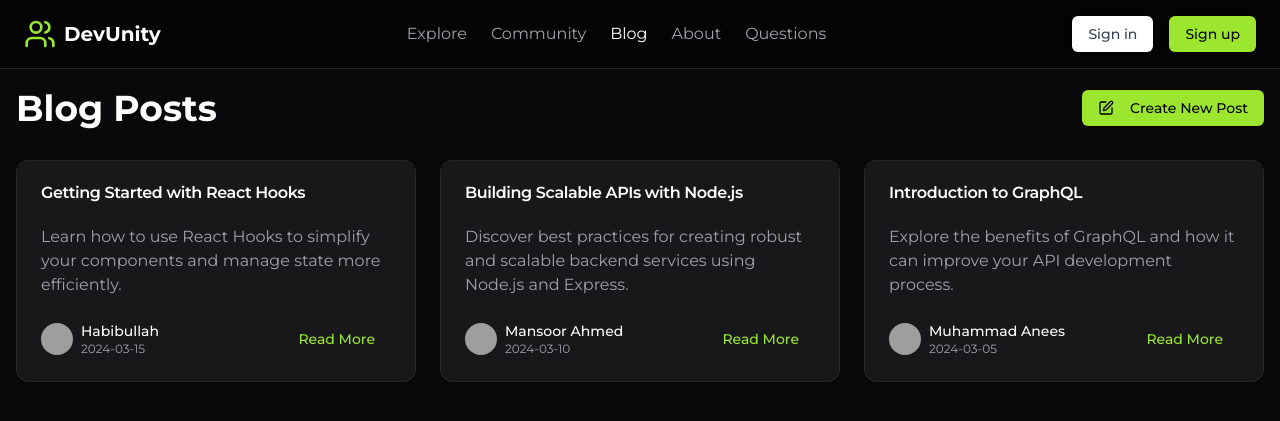
Repository: asadullah48/asadullahshafique_devunity
Page: /blogs
An editor plug-in stored every save of this project. The page is shown before and after a run of saves, followed by the edit.
The browser window is 1280 px wide. The pictures show the whole page.
Pictures or frames that could not be fetched are drawn as grey boxes. The project was rebuilt for these pictures with package versions that can differ from the ones it lists, and the page was loaded fresh each time. The framework's server and built-in components were replaced by stand-ins that run in the browser. Also part of the build but not shown: next.config.js, next.config.ts.

Above is the page before, as saved 2024-11-10 10:27:27.

### src/app/layout.tsx
import type { Metadata } from "next";
import "./globals.css";
import { Montserrat } from "next/font/google";
import Navbar from "@/components/Navbar";

const montserrat = Montserrat({ subsets: ["latin"] });

export const metadata: Metadata = {
  title: "DevUnity",
  description:
    "A collaborative platform for developers to share knowledge, answer questions, and publish blogs",
};

export default function RootLayout({
  children,
}: Readonly<{
  children: React.ReactNode;
}>) {
  return (
    <html lang="en">
      <body className={montserrat.className}>
        <Navbar />
        {children}
      </body>
    </html>
  );
}

### src/app/blogs/page.tsx
import Link from "next/link";
import { Button } from "@/components/ui/button";
import {
  Card,
  CardContent,
  CardFooter,
  CardHeader,
  CardTitle,
} from "@/components/ui/card";
import { Avatar, AvatarFallback, AvatarImage } from "@/components/ui/avatar";
import { PenSquare } from "lucide-react";

export default function BlogPage() {
  const blogPosts = [
    {
      title: "Getting Started with React Hooks",
      excerpt:
        "Learn how to use React Hooks to simplify your components and manage state more efficiently.",
      author: "Habibullah",
      date: "2024-03-15",
      avatar: "/placeholder.svg?height=50&width=50",
    },
    {
      title: "Building Scalable APIs with Node.js",
      excerpt:
        "Discover best practices for creating robust and scalable backend services using Node.js and Express.",
      author: "Mansoor Ahmed",
      date: "2024-03-10",
      avatar: "/placeholder.svg?height=50&width=50",
    },
    {
      title: "Introduction to GraphQL",
      excerpt:
        "Explore the benefits of GraphQL and how it can improve your API development process.",
      author: "Muhammad Anees ",
      date: "2024-03-05",
      avatar: "/placeholder.svg?height=50&width=50",
    },
  ];

  return (
    <div className="min-h-screen bg-zinc-950">
      <div className="container mx-auto px-4 py-8">
        <div className="flex justify-between items-center mb-8 mt-12 md:mt-14">
          <h1 className="text-2xl md:text-4xl font-bold text-white">
            Blog Posts
          </h1>
          <Button className="bg-[#9CE630] text-black hover:bg-[#8BD520]">
            <PenSquare className="mr-2 h-4 w-4" />
            Create New Post
          </Button>
        </div>
        <div className="grid gap-6 md:grid-cols-2 lg:grid-cols-3">
          {blogPosts.map((post, index) => (
            <Card key={index} className="bg-zinc-900 border-zinc-800">
              <CardHeader>
                <CardTitle className="text-white">{post.title}</CardTitle>
              </CardHeader>
              <CardContent>
                <p className="text-zinc-400">{post.excerpt}</p>
              </CardContent>
              <CardFooter className="flex justify-between items-center">
                <div className="flex items-center space-x-2">
                  <Avatar className="h-8 w-8">
                    <AvatarImage src={post.avatar} alt={post.author} />
                    <AvatarFallback>
                      {post.author
                        .split(" ")
                        .map((n) => n[0])
                        .join("")}
                    </AvatarFallback>
                  </Avatar>
                  <div>
                    <p className="text-sm font-medium text-white">
                      {post.author}
                    </p>
                    <p className="text-xs text-zinc-400">{post.date}</p>
                  </div>
                </div>
                <Button
                  variant="ghost"
                  className="text-[#9CE630] hover:text-[#8BD520] hover:bg-zinc-800"
                >
                  Read More
                </Button>
              </CardFooter>
            </Card>
          ))}
        </div>
      </div>
    </div>
  );
}

### src/app/globals.css
@tailwind base;
@tailwind components;
@tailwind utilities;
@layer base {
  :root {
    --background: 0 0% 100%;
    --foreground: 0 0% 3.9%;
    --card: 0 0% 100%;
    --card-foreground: 0 0% 3.9%;
    --popover: 0 0% 100%;
    --popover-foreground: 0 0% 3.9%;
    --primary: 0 0% 9%;
    --primary-foreground: 0 0% 98%;
    --secondary: 0 0% 96.1%;
    --secondary-foreground: 0 0% 9%;
    --muted: 0 0% 96.1%;
    --muted-foreground: 0 0% 45.1%;
    --accent: 0 0% 96.1%;
    --accent-foreground: 0 0% 9%;
    --destructive: 0 84.2% 60.2%;
    --destructive-foreground: 0 0% 98%;
    --border: 0 0% 89.8%;
    --input: 0 0% 89.8%;
    --ring: 0 0% 3.9%;
    --chart-1: 12 76% 61%;
    --chart-2: 173 58% 39%;
    --chart-3: 197 37% 24%;
    --chart-4: 43 74% 66%;
    --chart-5: 27 87% 67%;
    --radius: 0.5rem;
  }
  .dark {
    --background: 0 0% 3.9%;
    --foreground: 0 0% 98%;
    --card: 0 0% 3.9%;
    --card-foreground: 0 0% 98%;
    --popover: 0 0% 3.9%;
    --popover-foreground: 0 0% 98%;
    --primary: 0 0% 98%;
    --primary-foreground: 0 0% 9%;
    --secondary: 0 0% 14.9%;
    --secondary-foreground: 0 0% 98%;
    --muted: 0 0% 14.9%;
    --muted-foreground: 0 0% 63.9%;
    --accent: 0 0% 14.9%;
    --accent-foreground: 0 0% 98%;
    --destructive: 0 62.8% 30.6%;
    --destructive-foreground: 0 0% 98%;
    --border: 0 0% 14.9%;
    --input: 0 0% 14.9%;
    --ring: 0 0% 83.1%;
    --chart-1: 220 70% 50%;
    --chart-2: 160 60% 45%;
    --chart-3: 30 80% 55%;
    --chart-4: 280 65% 60%;
    --chart-5: 340 75% 55%;
  }
}
@layer base {
  * {
    @apply border-border;
  }
  body {
    @apply bg-background text-foreground;
  }
}

@keyframes fade-in-up {
  from {
    opacity: 0;
    transform: translateY(20px);
  }
  to {
    opacity: 1;
    transform: translateY(0);
  }
}

.animate-fade-in-up {
  animation: fade-in-up 1s ease-out;
}

.animation-delay-1000 {
  animation-delay: 1s;
}

### src/components/Navbar.tsx
// "use client";

// import React, { useState } from "react";
// import Link from "next/link";
// import { Button } from "@/components/ui/button";
// import { Users } from "lucide-react";
// import { CgMenuRight } from "react-icons/cg";
// import {
//   Sheet,
//   SheetContent,
//   SheetTitle,
//   SheetTrigger,
// } from "@/components/ui/sheet";
// import { usePathname } from "next/navigation";

// const Navbar = () => {
//   const [isOpen, setIsOpen] = useState(false);
//   const pathname = usePathname();

//   const closeSheet = () => setIsOpen(false);

//   return (
//     <nav className="border-b z-50 absolute w-full bg-black/50 border-zinc-800">
//       <div className="container mx-auto flex items-center justify-between p-4 lg:px-6">
//         <Link className="flex items-center space-x-2" href="/">
//           <Users className="h-8 w-8 text-[#9CE630]" />
//           <span className="text-xl font-bold text-white">DevUnity</span>
//         </Link>
//         <div className="hidden lg:flex items-center space-x-6">
//           <Link className="text-zinc-400 hover:text-white" href="/explore">
//             Explore
//           </Link>
//           <Link className="text-zinc-400 hover:text-white" href="/community">
//             Community
//           </Link>
//           <Link className="text-zinc-400 hover:text-white" href="/blogs">
//             Blog
//           </Link>
//           <Link className="text-zinc-400 hover:text-white" href="/about">
//             About
//           </Link>
//           <Link className="text-zinc-400 hover:text-white" href="/question">
//             Questions
//           </Link>
//         </div>
//         <div className="flex items-center space-x-4">
//           <Button className="text-gray-700 hover:text-black bg-white hover:bg-white/80 ">
//             Sign in
//           </Button>
//           <Button className="bg-[#9CE630] text-black hover:bg-[#8BD520] hidden lg:block">
//             Sign up
//           </Button>
//           <Sheet open={isOpen} onOpenChange={setIsOpen}>
//             <SheetTrigger asChild className="lg:hidden">
//               <CgMenuRight className="h-6 w-6 text-white" />
//             </SheetTrigger>
//             <SheetContent
//               side="right"
//               className="w-[300px] sm:w-[400px] bg-zinc-900 border-none"
//             >
//               <Link href="/" onClick={closeSheet}>
//                 <SheetTitle className="text-bold text-white flex items-center">
//                   <Users className="mr-2 text-[#9CE630]" />
//                   DevUnity
//                 </SheetTitle>
//               </Link>
//               <nav className="flex flex-col space-y-4 mt-8">
//                 <Link
//                   className="text-zinc-400 hover:text-white"
//                   href="/explore"
//                   onClick={closeSheet}
//                 >
//                   Explore
//                 </Link>
//                 <Link
//                   className="text-zinc-400 hover:text-white"
//                   href="/community"
//                   onClick={closeSheet}
//                 >
//                   Community
//                 </Link>
//                 <Link
//                   className="text-zinc-400 hover:text-white"
//                   href="/blogs"
//                   onClick={closeSheet}
//                 >
//                   Blog
//                 </Link>
//                 <Link
//                   className="text-zinc-400 hover:text-white"
//                   href="/about"
//                   onClick={closeSheet}
//                 >
//                   About
//                 </Link>
//                 <Link
//                   className="text-zinc-400 hover:text-white"
//                   href="/question"
//                   onClick={closeSheet}
//                 >
//                   Questions
//                 </Link>
//                 <Button
//                   className="bg-[#9CE630] text-black hover:bg-[#8BD520] w-full mt-4"
//                   onClick={closeSheet}
//                 >
//                   Sign up
//                 </Button>
//               </nav>
//             </SheetContent>
//           </Sheet>
//         </div>
//       </div>
//     </nav>
//   );
// };

// export default Navbar;

"use client";

import React, { useState } from "react";
import Link from "next/link";
import { Button } from "@/components/ui/button";
import { Users } from "lucide-react";
import { CgMenuRight } from "react-icons/cg";
import {
  Sheet,
  SheetContent,
  SheetTitle,
  SheetTrigger,
} from "@/components/ui/sheet";
import { usePathname } from "next/navigation";

const Navbar = () => {
  const [isOpen, setIsOpen] = useState(false);
  const pathname = usePathname(); // Get the current path

  const closeSheet = () => setIsOpen(false);

  // Function to set active class based on path
  const linkClasses = (path: any) =>
    pathname === path ? "text-white" : "text-zinc-400 hover:text-white";

  return (
    <nav className="border-b z-50 absolute w-full bg-black/50 border-zinc-800">
      <div className="container mx-auto flex items-center justify-between p-4 lg:px-6">
        <Link className="flex items-center space-x-2" href="/">
          <Users className="h-8 w-8 text-[#9CE630]" />
          <span className="text-xl font-bold text-white">DevUnity</span>
        </Link>
        <div className="hidden lg:flex items-center space-x-6">
          <Link className={linkClasses("/explore")} href="/explore">
            Explore
          </Link>
          <Link className={linkClasses("/community")} href="/community">
            Community
          </Link>
          <Link className={linkClasses("/blogs")} href="/blogs">
            Blog
          </Link>
          <Link className={linkClasses("/about")} href="/about">
            About
          </Link>
          <Link className={linkClasses("/question")} href="/question">
            Questions
          </Link>
        </div>
        <div className="flex items-center space-x-4">
          <Button className="text-gray-700 hover:text-black bg-white hover:bg-white/80 ">
            Sign in
          </Button>
          <Button className="bg-[#9CE630] text-black hover:bg-[#8BD520] hidden lg:block">
            Sign up
          </Button>
          <Sheet open={isOpen} onOpenChange={setIsOpen}>
            <SheetTrigger asChild className="lg:hidden">
              <CgMenuRight className="h-6 w-6 text-white" />
            </SheetTrigger>
            <SheetContent
              side="right"
              className="w-[300px] sm:w-[400px] bg-zinc-900 border-none"
            >
              <Link href="/" onClick={closeSheet}>
                <SheetTitle className="text-bold text-white flex items-center">
                  <Users className="mr-2 text-[#9CE630]" />
                  DevUnity
                </SheetTitle>
              </Link>
              <nav className="flex flex-col space-y-4 mt-8">
                <Link
                  className={linkClasses("/explore")}
                  href="/explore"
                  onClick={closeSheet}
                >
                  Explore
                </Link>
                <Link
                  className={linkClasses("/community")}
                  href="/community"
                  onClick={closeSheet}
                >
                  Community
                </Link>
                <Link
                  className={linkClasses("/blogs")}
                  href="/blogs"
                  onClick={closeSheet}
                >
                  Blog
                </Link>
                <Link
                  className={linkClasses("/about")}
                  href="/about"
                  onClick={closeSheet}
                >
                  About
                </Link>
                <Link
                  className={linkClasses("/question")}
                  href="/question"
                  onClick={closeSheet}
                >
                  Questions
                </Link>
                <Button
                  className="bg-[#9CE630] text-black hover:bg-[#8BD520] w-full mt-4"
                  onClick={closeSheet}
                >
                  Sign up
                </Button>
              </nav>
            </SheetContent>
          </Sheet>
        </div>
      </div>
    </nav>
  );
};

export default Navbar;

### src/components/ui/button.tsx
import * as React from "react"
import { Slot } from "@radix-ui/react-slot"
import { cva, type VariantProps } from "class-variance-authority"

import { cn } from "@/lib/utils"

const buttonVariants = cva(
  "inline-flex items-center justify-center gap-2 whitespace-nowrap rounded-md text-sm font-medium transition-colors focus-visible:outline-none focus-visible:ring-1 focus-visible:ring-ring disabled:pointer-events-none disabled:opacity-50 [&_svg]:pointer-events-none [&_svg]:size-4 [&_svg]:shrink-0",
  {
    variants: {
      variant: {
        default:
          "bg-primary text-primary-foreground shadow hover:bg-primary/90",
        destructive:
          "bg-destructive text-destructive-foreground shadow-sm hover:bg-destructive/90",
        outline:
          "border border-input bg-background shadow-sm hover:bg-accent hover:text-accent-foreground",
        secondary:
          "bg-secondary text-secondary-foreground shadow-sm hover:bg-secondary/80",
        ghost: "hover:bg-accent hover:text-accent-foreground",
        link: "text-primary underline-offset-4 hover:underline",
      },
      size: {
        default: "h-9 px-4 py-2",
        sm: "h-8 rounded-md px-3 text-xs",
        lg: "h-10 rounded-md px-8",
        icon: "h-9 w-9",
      },
    },
    defaultVariants: {
      variant: "default",
      size: "default",
    },
  }
)

export interface ButtonProps
  extends React.ButtonHTMLAttributes<HTMLButtonElement>,
    VariantProps<typeof buttonVariants> {
  asChild?: boolean
}

const Button = React.forwardRef<HTMLButtonElement, ButtonProps>(
  ({ className, variant, size, asChild = false, ...props }, ref) => {
    const Comp = asChild ? Slot : "button"
    return (
      <Comp
        className={cn(buttonVariants({ variant, size, className }))}
        ref={ref}
        {...props}
      />
    )
  }
)
Button.displayName = "Button"

export { Button, buttonVariants }

### src/components/ui/card.tsx
import * as React from "react"

import { cn } from "@/lib/utils"

const Card = React.forwardRef<
  HTMLDivElement,
  React.HTMLAttributes<HTMLDivElement>
>(({ className, ...props }, ref) => (
  <div
    ref={ref}
    className={cn(
      "rounded-xl border bg-card text-card-foreground shadow",
      className
    )}
    {...props}
  />
))
Card.displayName = "Card"

const CardHeader = React.forwardRef<
  HTMLDivElement,
  React.HTMLAttributes<HTMLDivElement>
>(({ className, ...props }, ref) => (
  <div
    ref={ref}
    className={cn("flex flex-col space-y-1.5 p-6", className)}
    {...props}
  />
))
CardHeader.displayName = "CardHeader"

const CardTitle = React.forwardRef<
  HTMLDivElement,
  React.HTMLAttributes<HTMLDivElement>
>(({ className, ...props }, ref) => (
  <div
    ref={ref}
    className={cn("font-semibold leading-none tracking-tight", className)}
    {...props}
  />
))
CardTitle.displayName = "CardTitle"

const CardDescription = React.forwardRef<
  HTMLDivElement,
  React.HTMLAttributes<HTMLDivElement>
>(({ className, ...props }, ref) => (
  <div
    ref={ref}
    className={cn("text-sm text-muted-foreground", className)}
    {...props}
  />
))
CardDescription.displayName = "CardDescription"

const CardContent = React.forwardRef<
  HTMLDivElement,
  React.HTMLAttributes<HTMLDivElement>
>(({ className, ...props }, ref) => (
  <div ref={ref} className={cn("p-6 pt-0", className)} {...props} />
))
CardContent.displayName = "CardContent"

const CardFooter = React.forwardRef<
  HTMLDivElement,
  React.HTMLAttributes<HTMLDivElement>
>(({ className, ...props }, ref) => (
  <div
    ref={ref}
    className={cn("flex items-center p-6 pt-0", className)}
    {...props}
  />
))
CardFooter.displayName = "CardFooter"

export { Card, CardHeader, CardFooter, CardTitle, CardDescription, CardContent }

### src/components/ui/avatar.tsx
"use client"

import * as React from "react"
import * as AvatarPrimitive from "@radix-ui/react-avatar"

import { cn } from "@/lib/utils"

const Avatar = React.forwardRef<
  React.ElementRef<typeof AvatarPrimitive.Root>,
  React.ComponentPropsWithoutRef<typeof AvatarPrimitive.Root>
>(({ className, ...props }, ref) => (
  <AvatarPrimitive.Root
    ref={ref}
    className={cn(
      "relative flex h-10 w-10 shrink-0 overflow-hidden rounded-full",
      className
    )}
    {...props}
  />
))
Avatar.displayName = AvatarPrimitive.Root.displayName

const AvatarImage = React.forwardRef<
  React.ElementRef<typeof AvatarPrimitive.Image>,
  React.ComponentPropsWithoutRef<typeof AvatarPrimitive.Image>
>(({ className, ...props }, ref) => (
  <AvatarPrimitive.Image
    ref={ref}
    className={cn("aspect-square h-full w-full", className)}
    {...props}
  />
))
AvatarImage.displayName = AvatarPrimitive.Image.displayName

const AvatarFallback = React.forwardRef<
  React.ElementRef<typeof AvatarPrimitive.Fallback>,
  React.ComponentPropsWithoutRef<typeof AvatarPrimitive.Fallback>
>(({ className, ...props }, ref) => (
  <AvatarPrimitive.Fallback
    ref={ref}
    className={cn(
      "flex h-full w-full items-center justify-center rounded-full bg-muted",
      className
    )}
    {...props}
  />
))
AvatarFallback.displayName = AvatarPrimitive.Fallback.displayName

export { Avatar, AvatarImage, AvatarFallback }

### src/components/ui/sheet.tsx
"use client"

import * as React from "react"
import * as SheetPrimitive from "@radix-ui/react-dialog"
import { cva, type VariantProps } from "class-variance-authority"
import { X } from "lucide-react"

import { cn } from "@/lib/utils"

const Sheet = SheetPrimitive.Root

const SheetTrigger = SheetPrimitive.Trigger

const SheetClose = SheetPrimitive.Close

const SheetPortal = SheetPrimitive.Portal

const SheetOverlay = React.forwardRef<
  React.ElementRef<typeof SheetPrimitive.Overlay>,
  React.ComponentPropsWithoutRef<typeof SheetPrimitive.Overlay>
>(({ className, ...props }, ref) => (
  <SheetPrimitive.Overlay
    className={cn(
      "fixed inset-0 z-50 bg-black/80  data-[state=open]:animate-in data-[state=closed]:animate-out data-[state=closed]:fade-out-0 data-[state=open]:fade-in-0",
      className
    )}
    {...props}
    ref={ref}
  />
))
SheetOverlay.displayName = SheetPrimitive.Overlay.displayName

const sheetVariants = cva(
  "fixed z-50 gap-4 bg-background p-6 shadow-lg transition ease-in-out data-[state=closed]:duration-300 data-[state=open]:duration-500 data-[state=open]:animate-in data-[state=closed]:animate-out",
  {
    variants: {
      side: {
        top: "inset-x-0 top-0 border-b data-[state=closed]:slide-out-to-top data-[state=open]:slide-in-from-top",
        bottom:
          "inset-x-0 bottom-0 border-t data-[state=closed]:slide-out-to-bottom data-[state=open]:slide-in-from-bottom",
        left: "inset-y-0 left-0 h-full w-3/4 border-r data-[state=closed]:slide-out-to-left data-[state=open]:slide-in-from-left sm:max-w-sm",
        right:
          "inset-y-0 right-0 h-full w-3/4 border-l data-[state=closed]:slide-out-to-right data-[state=open]:slide-in-from-right sm:max-w-sm",
      },
    },
    defaultVariants: {
      side: "right",
    },
  }
)

interface SheetContentProps
  extends React.ComponentPropsWithoutRef<typeof SheetPrimitive.Content>,
    VariantProps<typeof sheetVariants> {}

const SheetContent = React.forwardRef<
  React.ElementRef<typeof SheetPrimitive.Content>,
  SheetContentProps
>(({ side = "right", className, children, ...props }, ref) => (
  <SheetPortal>
    <SheetOverlay />
    <SheetPrimitive.Content
      ref={ref}
      className={cn(sheetVariants({ side }), className)}
      {...props}
    >
      <SheetPrimitive.Close className="absolute right-4 top-4 rounded-sm opacity-70 ring-offset-background transition-opacity hover:opacity-100 focus:outline-none focus:ring-2 focus:ring-ring focus:ring-offset-2 disabled:pointer-events-none data-[state=open]:bg-secondary">
        <X className="h-4 w-4" />
        <span className="sr-only">Close</span>
      </SheetPrimitive.Close>
      {children}
    </SheetPrimitive.Content>
  </SheetPortal>
))
SheetContent.displayName = SheetPrimitive.Content.displayName

const SheetHeader = ({
  className,
  ...props
}: React.HTMLAttributes<HTMLDivElement>) => (
  <div
    className={cn(
      "flex flex-col space-y-2 text-center sm:text-left",
      className
    )}
    {...props}
  />
)
SheetHeader.displayName = "SheetHeader"

const SheetFooter = ({
  className,
  ...props
}: React.HTMLAttributes<HTMLDivElement>) => (
  <div
    className={cn(
      "flex flex-col-reverse sm:flex-row sm:justify-end sm:space-x-2",
      className
    )}
    {...props}
  />
)
SheetFooter.displayName = "SheetFooter"

const SheetTitle = React.forwardRef<
  React.ElementRef<typeof SheetPrimitive.Title>,
  React.ComponentPropsWithoutRef<typeof SheetPrimitive.Title>
>(({ className, ...props }, ref) => (
  <SheetPrimitive.Title
    ref={ref}
    className={cn("text-lg font-semibold text-foreground", className)}
    {...props}
  />
))
SheetTitle.displayName = SheetPrimitive.Title.displayName

const SheetDescription = React.forwardRef<
  React.ElementRef<typeof SheetPrimitive.Description>,
  React.ComponentPropsWithoutRef<typeof SheetPrimitive.Description>
>(({ className, ...props }, ref) => (
  <SheetPrimitive.Description
    ref={ref}
    className={cn("text-sm text-muted-foreground", className)}
    {...props}
  />
))
SheetDescription.displayName = SheetPrimitive.Description.displayName

export {
  Sheet,
  SheetPortal,
  SheetOverlay,
  SheetTrigger,
  SheetClose,
  SheetContent,
  SheetHeader,
  SheetFooter,
  SheetTitle,
  SheetDescription,
}

Loaded but not shown: src/lib/utils.ts (common file); tailwind.config.ts (common file)

After the next 2 saves:
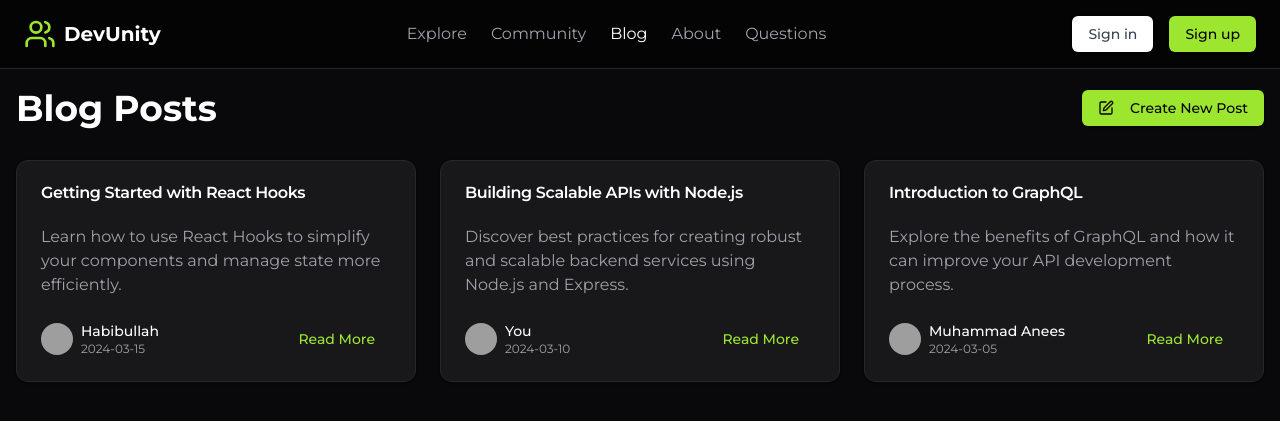
The 2 saves are shown as one change because they came seconds apart.
The last was saved 9 s later.
--- a/src/app/blogs/page.tsx
+++ b/src/app/blogs/page.tsx
@@ -24,7 +24,7 @@ export default function BlogPage() {
       title: "Building Scalable APIs with Node.js",
       excerpt:
         "Discover best practices for creating robust and scalable backend services using Node.js and Express.",
-      author: "Mansoor Ahmed",
+      author: "You",
       date: "2024-03-10",
       avatar: "/placeholder.svg?height=50&width=50",
     },
